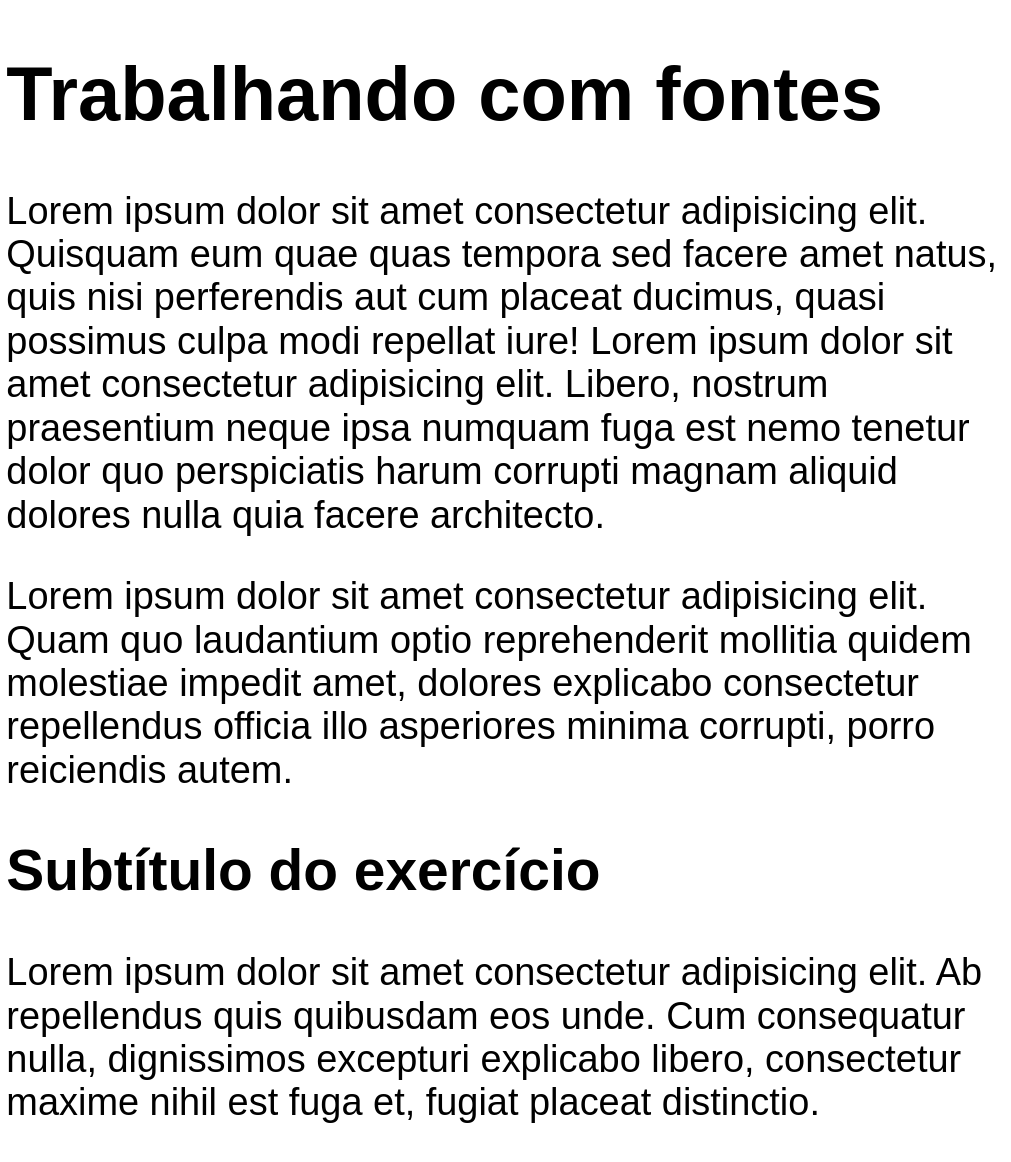
Repository: pheonix5/Estudo
Page: html-css/exercicios/ex017/fonte01.html
The author's editor kept a copy of each file at every save. The page is drawn from the files as they stood at one save, then again after the next save.
The browser window is 1280 px wide. The pictures show the whole page, at 79% of full size.

Above is the page before, as saved 2023-08-12 00:49:37.

After the next save:
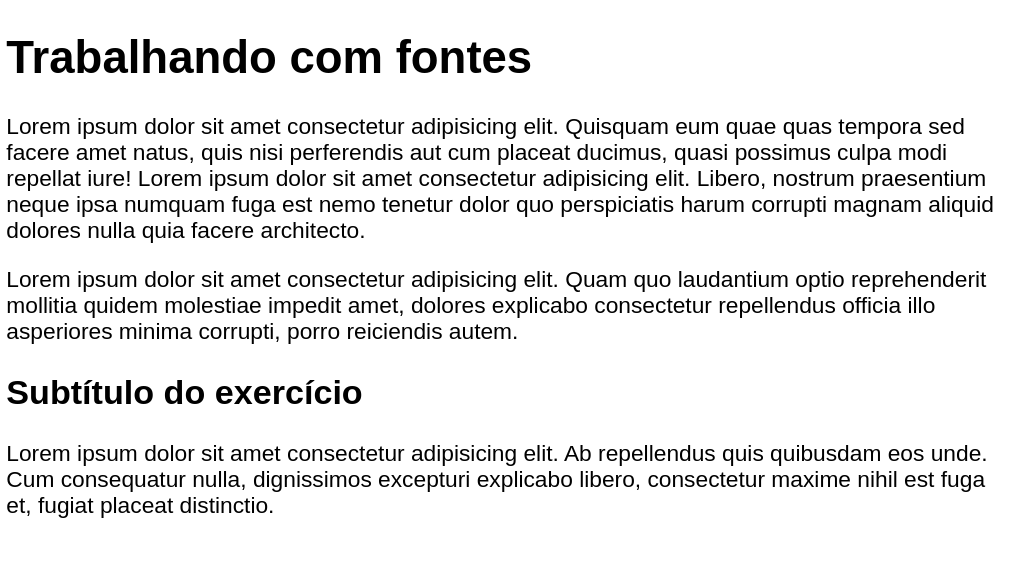
Saved 8 s later.
--- a/html-css/exercicios/ex017/fonte01.html
+++ b/html-css/exercicios/ex017/fonte01.html
@@ -15,7 +15,7 @@
         Medidas Relativas
         em, ex, rem, vw, vh, %
       */
-      font-size: 0.5in;
+      font-size: 0.3in;
     }
   </style>
 </head>
